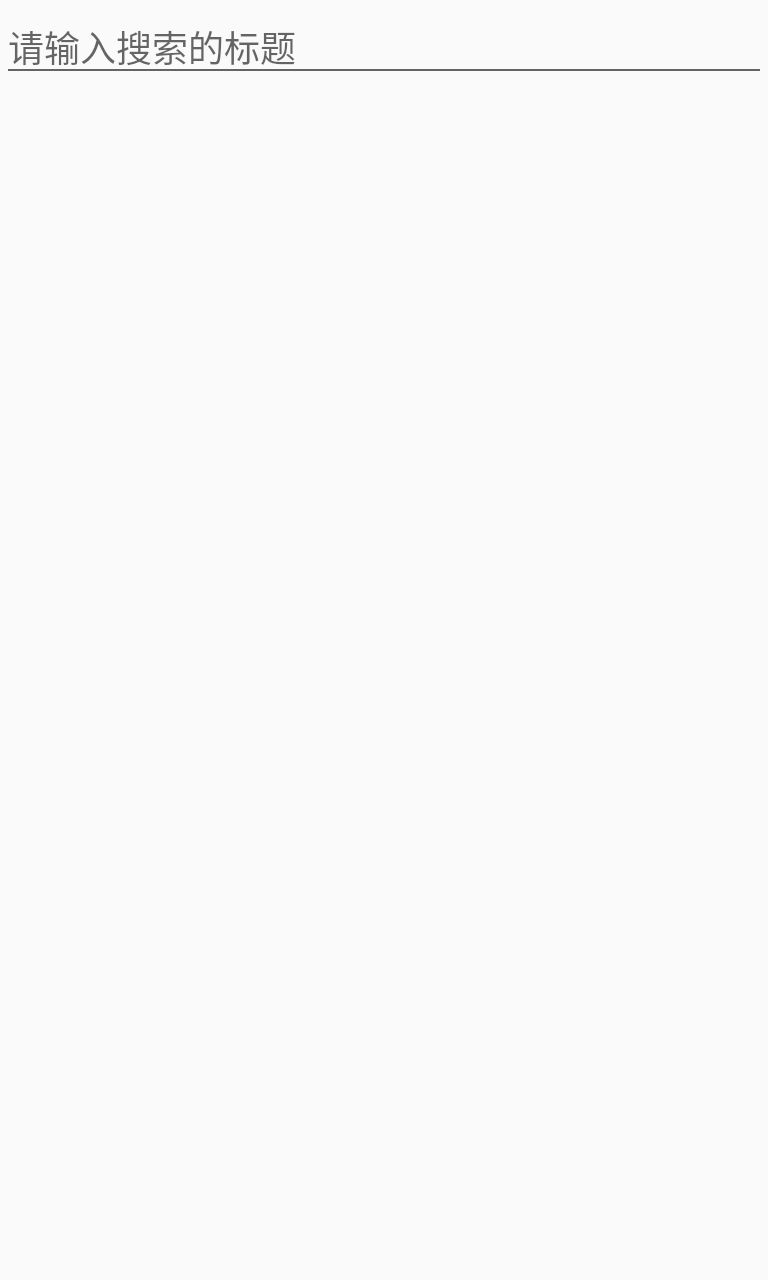
Repository: mxfpaul/Test
Layout: Note/MyNote2/res/layout/search.xml
The author's editor kept a copy of each file at every save. The layout is drawn from the files as they stood at one save, then again after the next save.
It is drawn on a 768 x 1280 px phone screen (xhdpi) without system bars, with theme AppTheme; the app's code is not run.

Above is the layout before, as saved 2014-11-23 07:28:09.

After the next save:
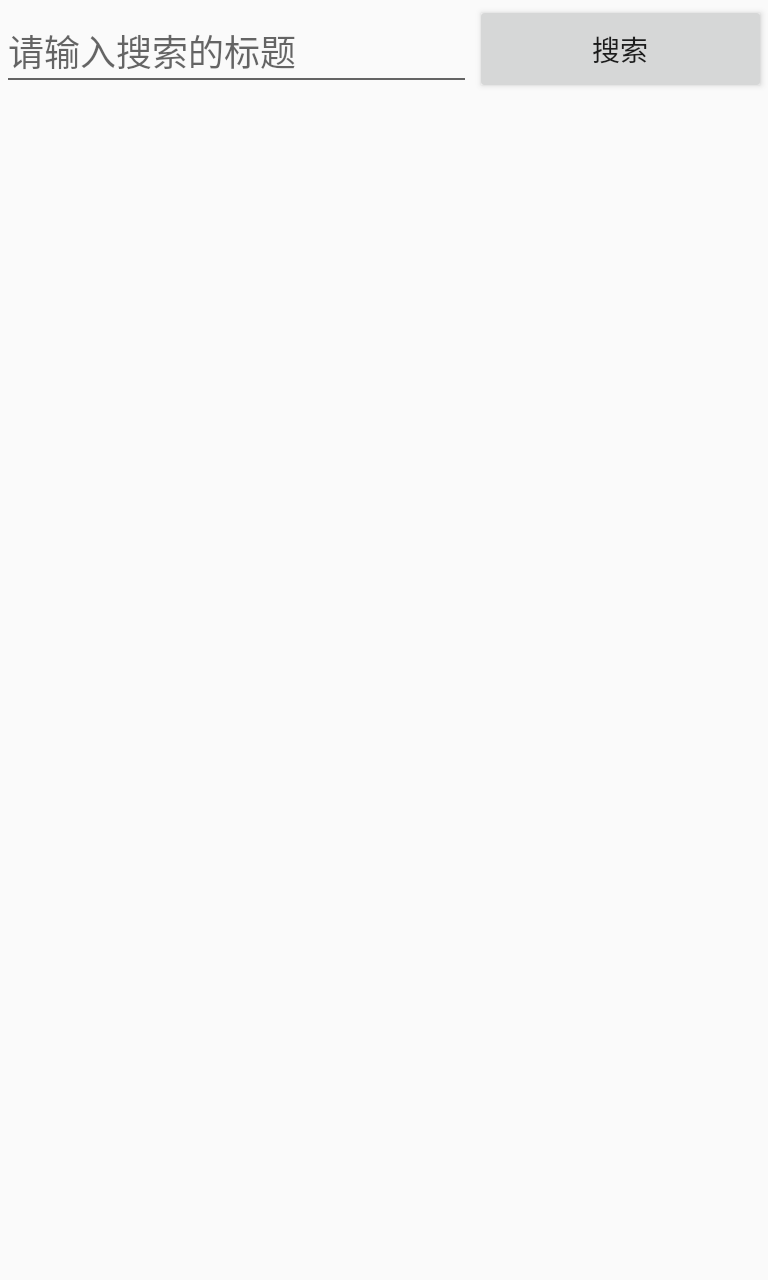
Saved 55 s later.
--- a/Note/MyNote2/res/layout/search.xml
+++ b/Note/MyNote2/res/layout/search.xml
@@ -17,6 +17,14 @@
             android:hint="@string/search_edittext_text1"
             />
 
+        <Button
+            android:id="@+id/search_button_search"
+            android:layout_width="wrap_content"
+            android:layout_height="wrap_content"
+            android:layout_weight="1"
+            android:text="@string/search_button_text1"
+            />
+
     </LinearLayout>
 
 
